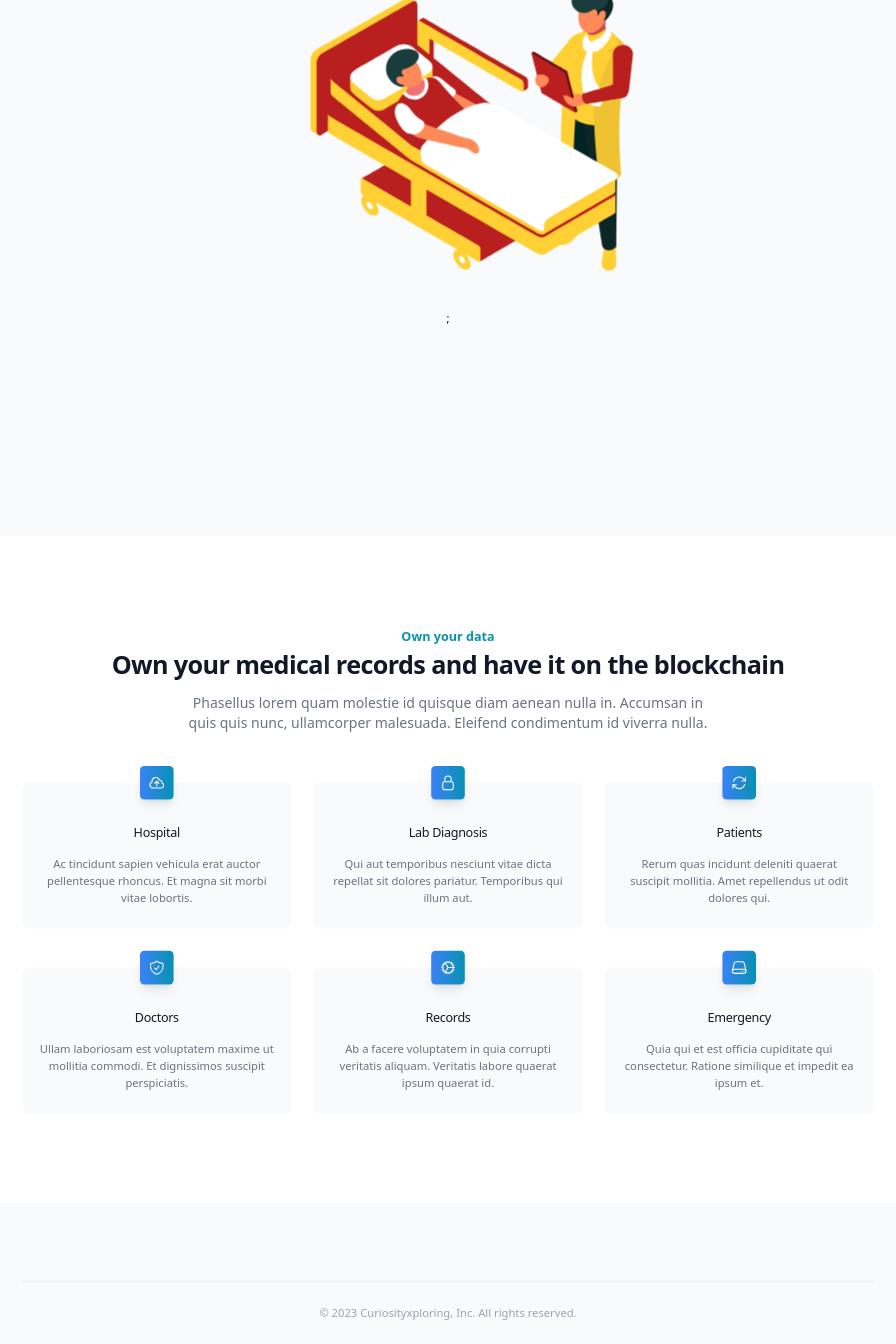
Repository: VinceBrun/medical-web3-app
Page: /
These files come from the project's save history. The page is drawn as it stood at one moment and after the next save; the edit follows.
The browser window is 1280 px wide. The pictures show the part of the page from y = 1475 to 3395 px (the page is 3395 px tall), at 70% of full size.
The project was rebuilt for these pictures with package versions that can differ from the ones it lists, and the page was loaded fresh each time. The framework's server and built-in components were replaced by stand-ins that run in the browser. Also part of the build but not shown: next.config.js, styles/Home.module.css.

Above is the page before, as saved 2023-01-16 17:49:02.

After the next save:
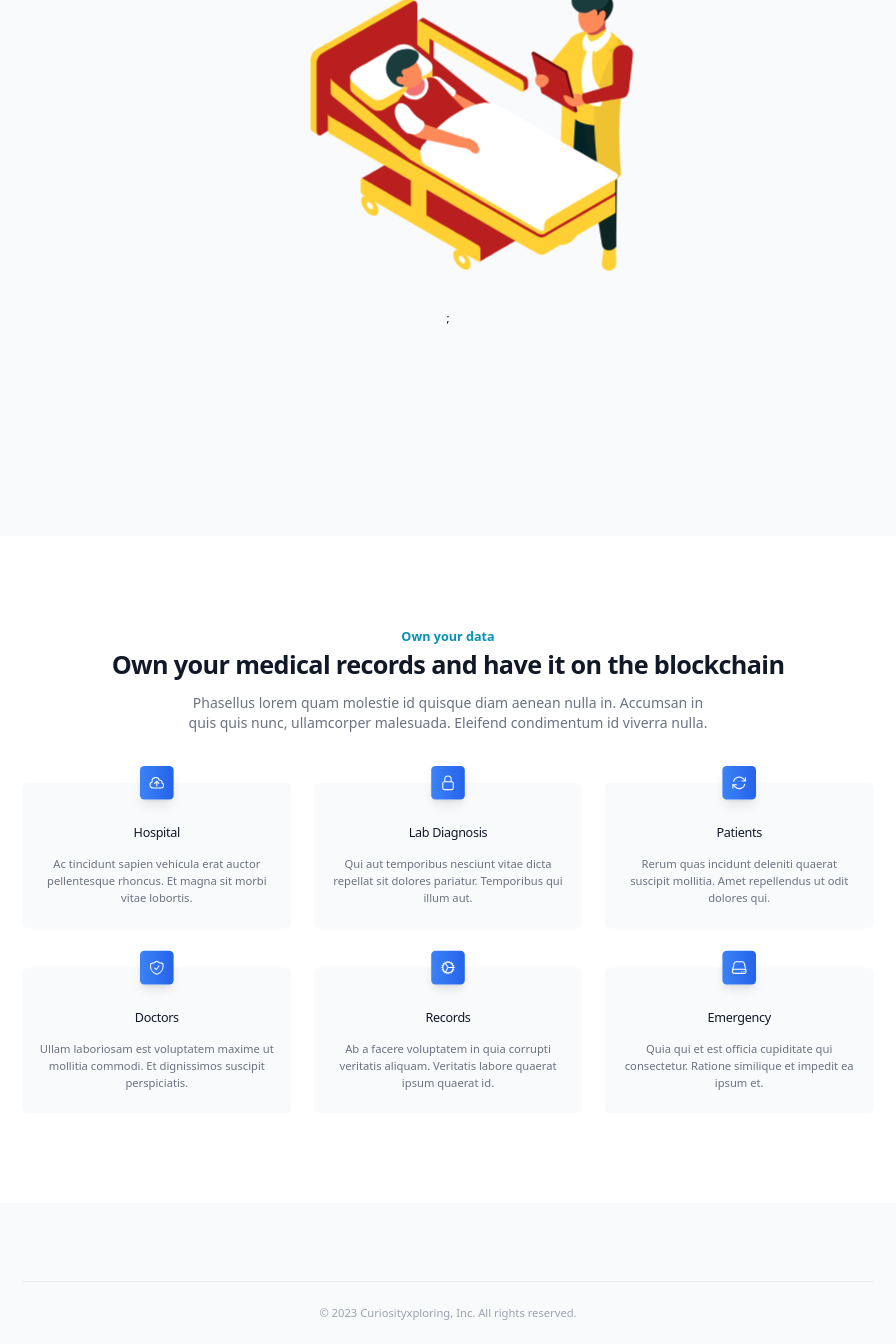
Saved 13 s later.
--- a/components/Landing.jsx
+++ b/components/Landing.jsx
@@ -435,7 +435,7 @@ export default function Landing() {
                       <div className="flow-root rounded-lg bg-gray-50 px-6 pb-8">
                         <div className="-mt-6">
                           <div>
-                            <span className="inline-flex items-center justify-center rounded-md bg-gradient-to-r from-blue-500 to-cyan-600 p-3 shadow-lg">
+                            <span className="inline-flex items-center justify-center rounded-md bg-gradient-to-r from-blue-500 to-blue-600 p-3 shadow-lg">
                               <feature.icon
                                 className="h-6 w-6 text-white"
                                 aria-hidden="true"
